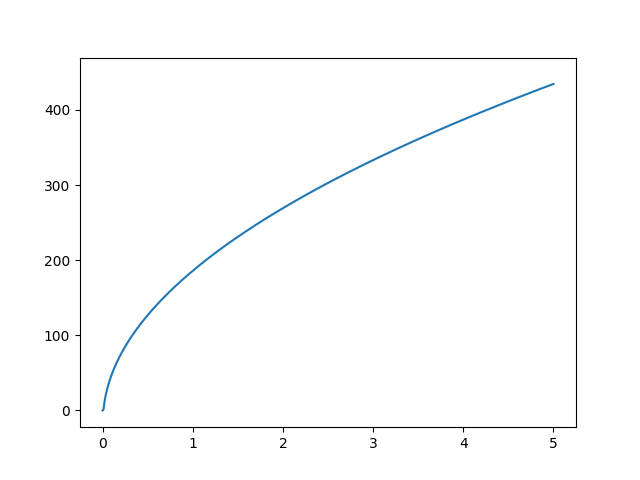
Repository: leiradom/Modified-linear-theory
Script's output: python fuctionaltest.py
An editor plug-in stored every save of this project. The script's output is shown before and after a run of saves, followed by the edit.
Random numbers start from a fixed seed.

Above is the script's output before, as saved 2020-12-04 10:27:15.

After the next 2 saves:
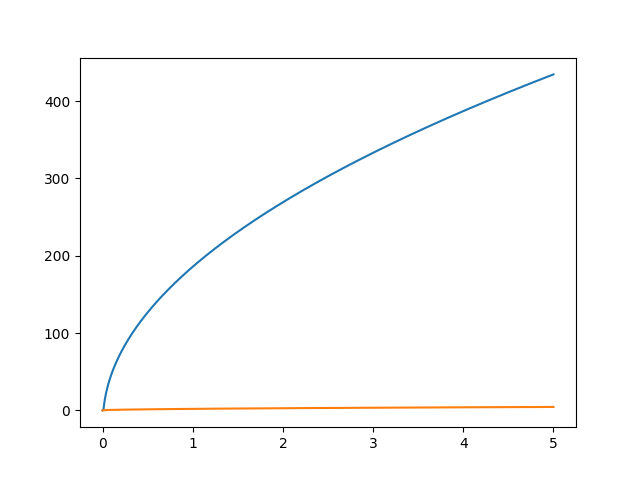
The 2 saves are shown as one change because 1 did not build or start.
The last was saved 61 s later.
--- a/fuctionaltest.py
+++ b/fuctionaltest.py
@@ -33,11 +33,12 @@ for i in range(1,a):
         F[i] = s
 print(F)
 
+y = np.ones(a,dtype=np.float64)
 for i in range(0,501,1):
     x = i * 0.01
-    y = 2 * x**(0.5)
+    y[i] = 2 * x**(0.5)
 
 #绘制F函数的图像
 plt.plot(X,F)
-plt.plot(x,y*100)
+plt.plot(X,y)
 plt.show()
